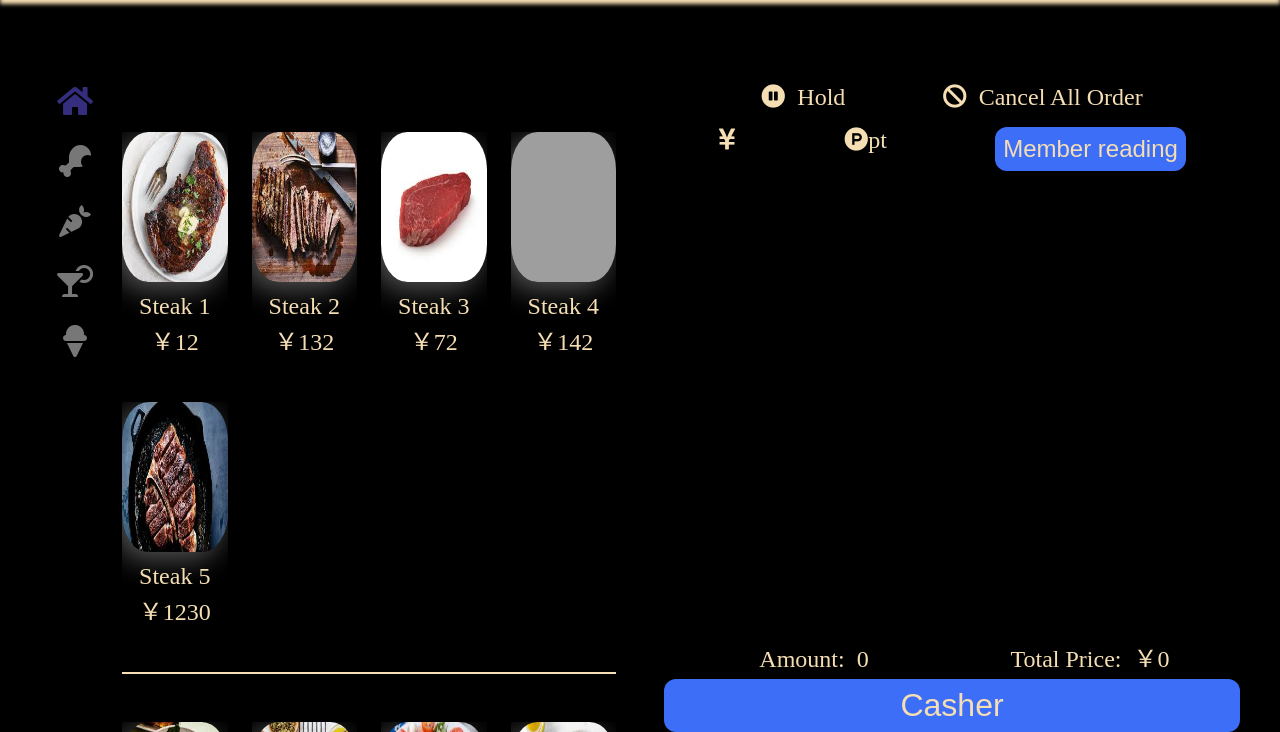
Repository: vuhungson158/Menu
Page: /
The author's editor kept a copy of each file at every save. The page is drawn from the files as they stood at one save, then again after the next save.
The browser window is 1280 px wide. The pictures show the whole page.
Pictures or frames that could not be fetched are drawn as grey boxes. An inner scrolling area shows only its first screen. The project was rebuilt for these pictures with package versions that can differ from the ones it lists, and the page was loaded fresh each time. Also part of the build but not shown: src/component/mainMenu/orderBlock/orderContent/OrderedItem.jsx, src/redux-store/actions/HoldActions.jsx, src/component/mainMenu/orderBlock/utilities/HoldItem.jsx.

Above is the page before, as saved 2021-08-22 18:15:08.

After the next save:
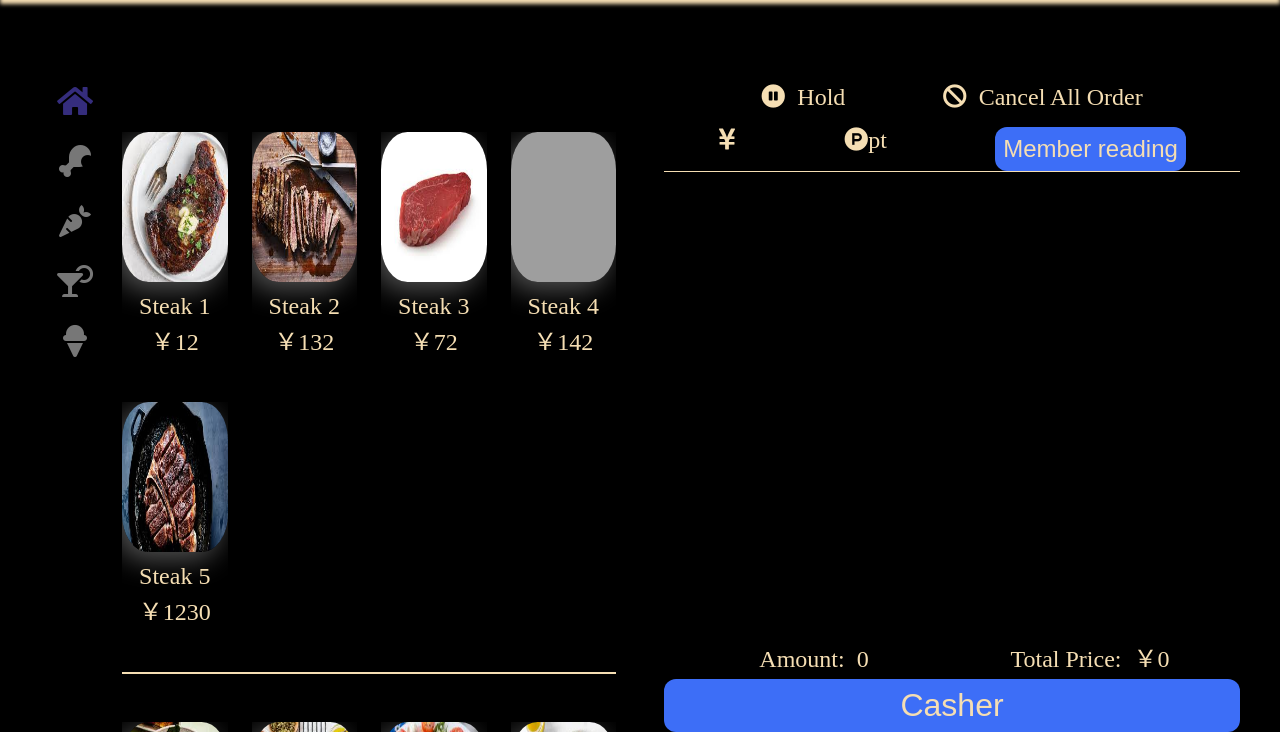
Saved 21 s later.
--- a/src/styles/App.scss
+++ b/src/styles/App.scss
@@ -329,7 +329,7 @@ body {
                     color: $color_1st;
                     font-size: 1.5rem;
                     margin-top: 18px;
-                    border-bottom: 1px solid $background-color_1st;
+                    border-bottom: 1px solid $background-color_2nd;
                     .member-reading {
                         border-radius: 12px;
                         border: 0;
